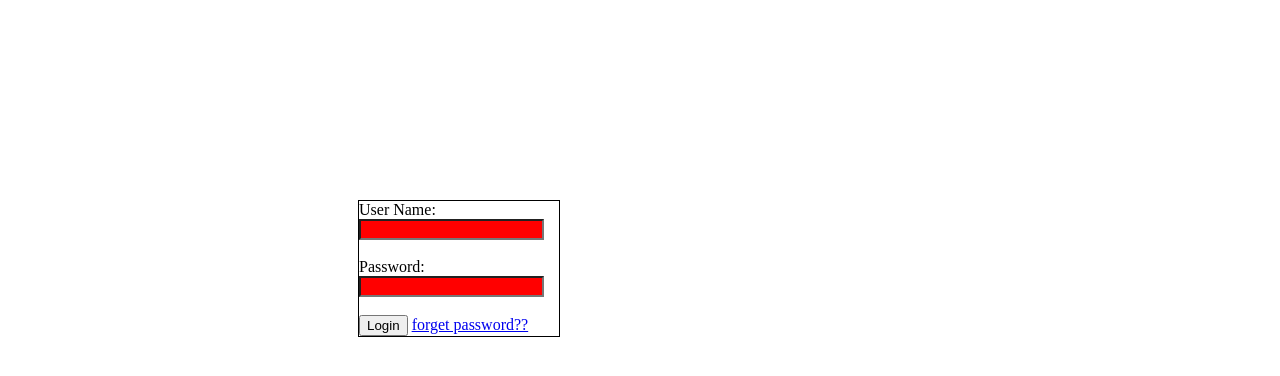
Repository: AmritOjha01/sms
Page: http://localhost/StudentManagementSystem/UserController?action=listUser
The author's editor kept a copy of each file at every save. The page is drawn from the files as they stood at one save, then again after the next save.
The browser window is 1280 px wide. The pictures show the whole page.
The page is served by Tomcat 9.

Above is the page before, as saved 2017-03-27 11:28:47.

After the next save:
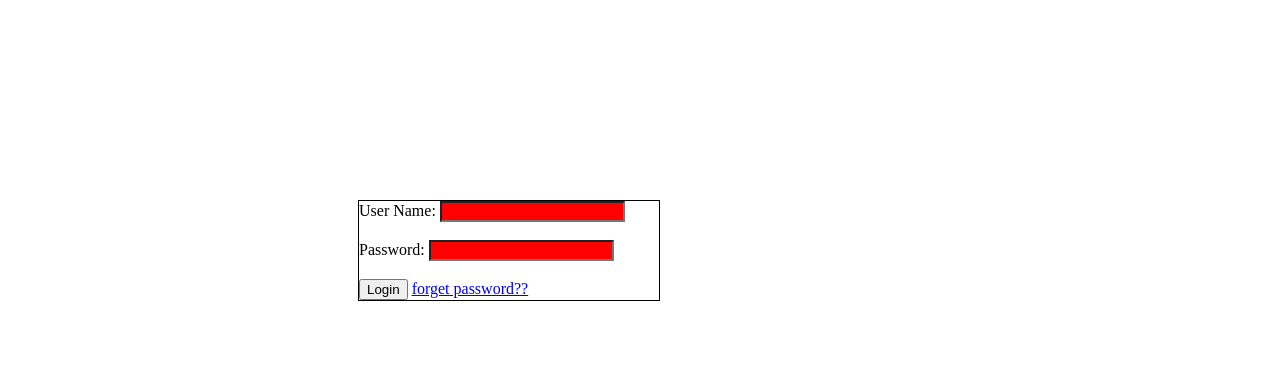
Saved 10 s later.
--- a/StudentManagementSystem/WebContent/resources/customcss/demo.css
+++ b/StudentManagementSystem/WebContent/resources/customcss/demo.css
@@ -1,6 +1,6 @@
 @CHARSET "ISO-8859-1";
 .box {
-	width: 200px;
+	width: 300px;
 	border-width: 1px;
 	border-style: solid;
 	margin: 200px 0px 0px 350px;
